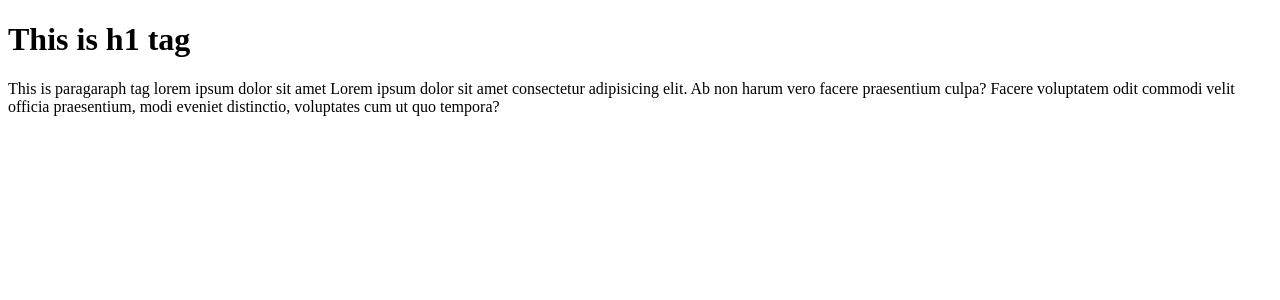
Repository: MushrrafKhan/code_by_heart
Page: index.html
An editor plug-in stored every save of this project. The page is shown before and after the next save, followed by the edit.
The browser window is 1280 px wide. The pictures show the whole page.

Above is the page before, as saved 2022-06-08 21:00:58.

After the next save:
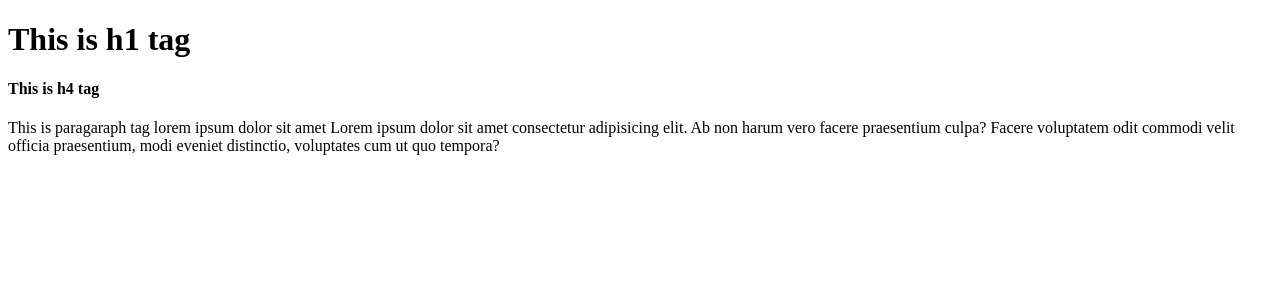
Saved 18 s later.
--- a/index.html
+++ b/index.html
@@ -9,6 +9,7 @@
 </head>
 <body>
     <h1>This is h1 tag</h1>
+    <h4>This is h4 tag</h4>
     <p>This is paragaraph tag lorem ipsum dolor sit amet Lorem ipsum dolor sit amet consectetur adipisicing elit. Ab non harum vero facere praesentium culpa? Facere voluptatem odit commodi velit officia praesentium, modi eveniet distinctio, voluptates cum ut quo tempora?</p>
 </body>
 </html>
